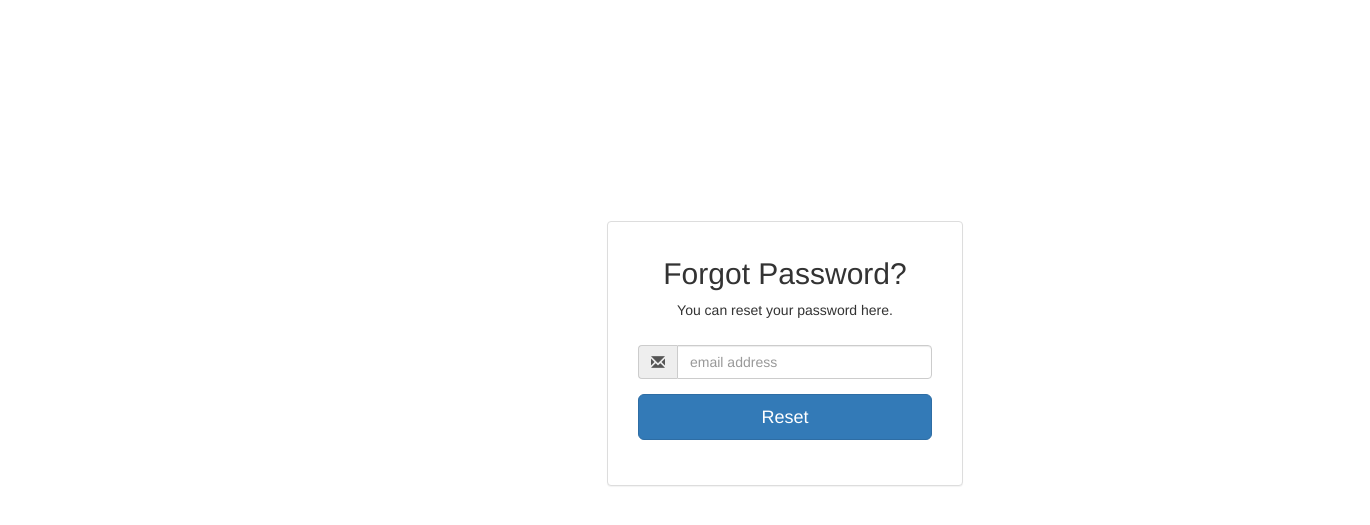
Repository: jayakumar721/projects
Page: TestEngine/WebContent/forgotpassword.html
An editor plug-in stored every save of this project. The page is shown before and after the next save, followed by the edit.
The browser window is 1280 px wide. The page is 1370 px wide, then 1280 px, so the pictures cover 1370 px, including what lies to the right of the window. The pictures show the whole page.
Some web libraries are served in a nearby version.

Above is the page before, as saved 2017-11-27 07:34:04.

### TestEngine/WebContent/forgotpassword.html
<!DOCTYPE html>
<html>
<head>
<meta charset="UTF-8">
<title>forgotpassword</title>
<link rel="shortcut icon" type="image/gif" href="/home/vamsoft/Desktop/favicon_a0ef8e10e65c71ecbf9bc4a39bd8f741/animated_favicon.gif"/>
<link rel="stylesheet"
	href="https://maxcdn.bootstrapcdn.com/bootstrap/3.3.7/css/bootstrap.min.css">

<!-- jQuery library -->
<script
	src="https://ajax.googleapis.com/ajax/libs/jquery/3.2.1/jquery.min.js"></script>
<script src="vendor/jquery-validation/dist/jquery.validate.min.js"></script>

<!-- Latest compiled JavaScript -->
<script
	src="https://maxcdn.bootstrapcdn.com/bootstrap/3.3.7/js/bootstrap.min.js"></script>
<style type="text/css">
.container {
	padding: 20px;
	border-radius: 10px;
	position: absolute;
	border: 1px solid #fff;
	margin: 200px;
	top: 0;
	right: 0;
	bottom: 0;
	left: 0;
}
.form-gap {
    padding-top: 70px;
}
</style>

</head>
<body>
	<div class="form-gap"></div>
	<div class="container">
		<div class="row">
			<div class="col-md-4 col-md-offset-4">
				<div class="panel panel-default">
					<div class="panel-body">
						<div class="text-center">
							<h3>
								<i class="fa fa-lock fa-4x"></i>
							</h3>
							<h2 class="text-center">Forgot Password?</h2>
							<p>You can reset your password here.</p>
							<div class="panel-body">

								<form id="register-form" role="form" autocomplete="off" action="UserValidateServlet"
									class="form" method="post">

									<div class="form-group">
										<div class="input-group">
											<span class="input-group-addon"><i
												class="glyphicon glyphicon-envelope color-blue"></i></span> <input
												id="email" name="email" placeholder="email address"
												class="form-control" type="email">
										</div>
									</div>
									<div class="form-group">
										<input name="recover-submit"
											class="btn btn-lg btn-primary btn-block"
											value="Reset" type="submit">
									</div>

									<input type="hidden" class="hide" name="token" id="token"
										value="forgot">
								</form>

							</div>
						</div>
					</div>
				</div>
			</div>
		</div>
	</div>
</body>
</html>

After the next save:
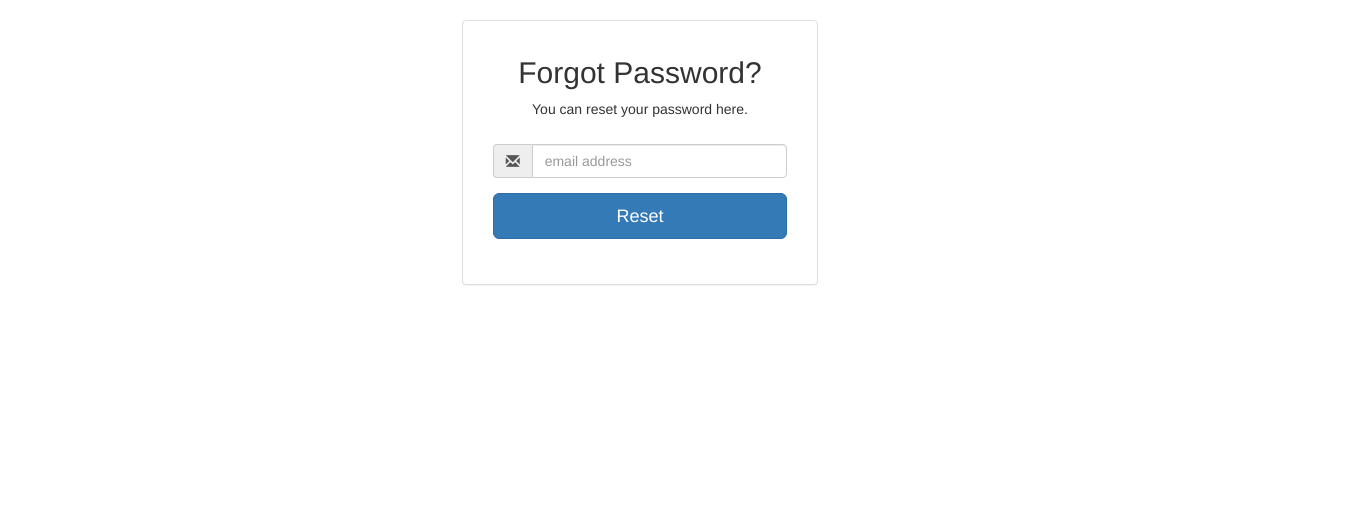
Saved 32 s later.
--- a/TestEngine/WebContent/forgotpassword.html
+++ b/TestEngine/WebContent/forgotpassword.html
@@ -20,8 +20,7 @@
 	padding: 20px;
 	border-radius: 10px;
 	position: absolute;
-	border: 1px solid #fff;
-	margin: 200px;
+	margin: auto;
 	top: 0;
 	right: 0;
 	bottom: 0;
